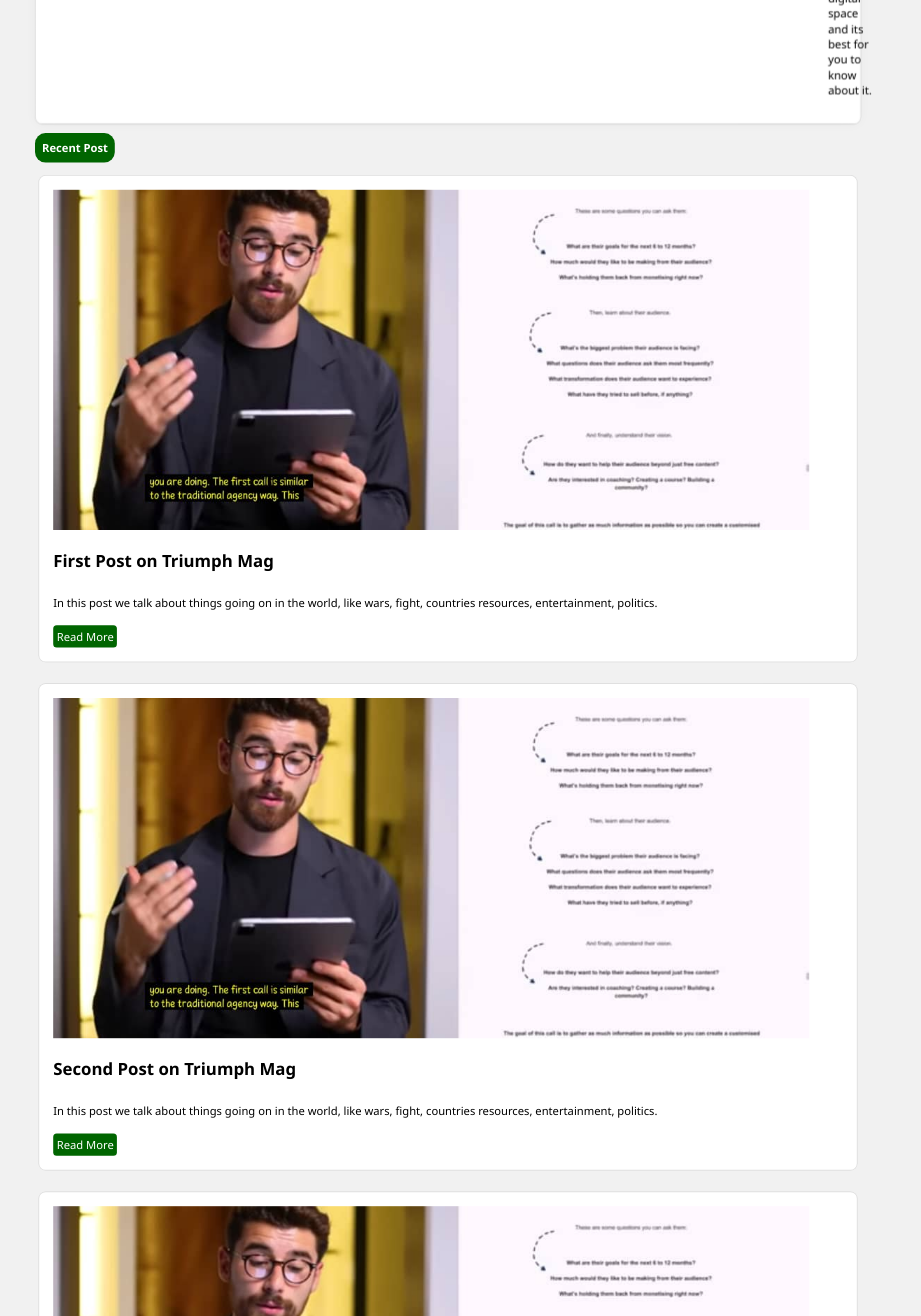
Repository: zikcolle/Triumph-Blog
Page: index.html
An editor plug-in stored every save of this project. The page is shown before and after the next save, followed by the edit.
The browser window is 1280 px wide. The page is 1316 px wide, so the pictures cover 1316 px, including what lies to the right of the window. The pictures show the part of the page from y = 873 to 2753 px (the page is 5823 px tall before and 2466 px after), at 70% of full size.

Above is the page before, as saved 2026-06-22 15:03:29.

After the next save:
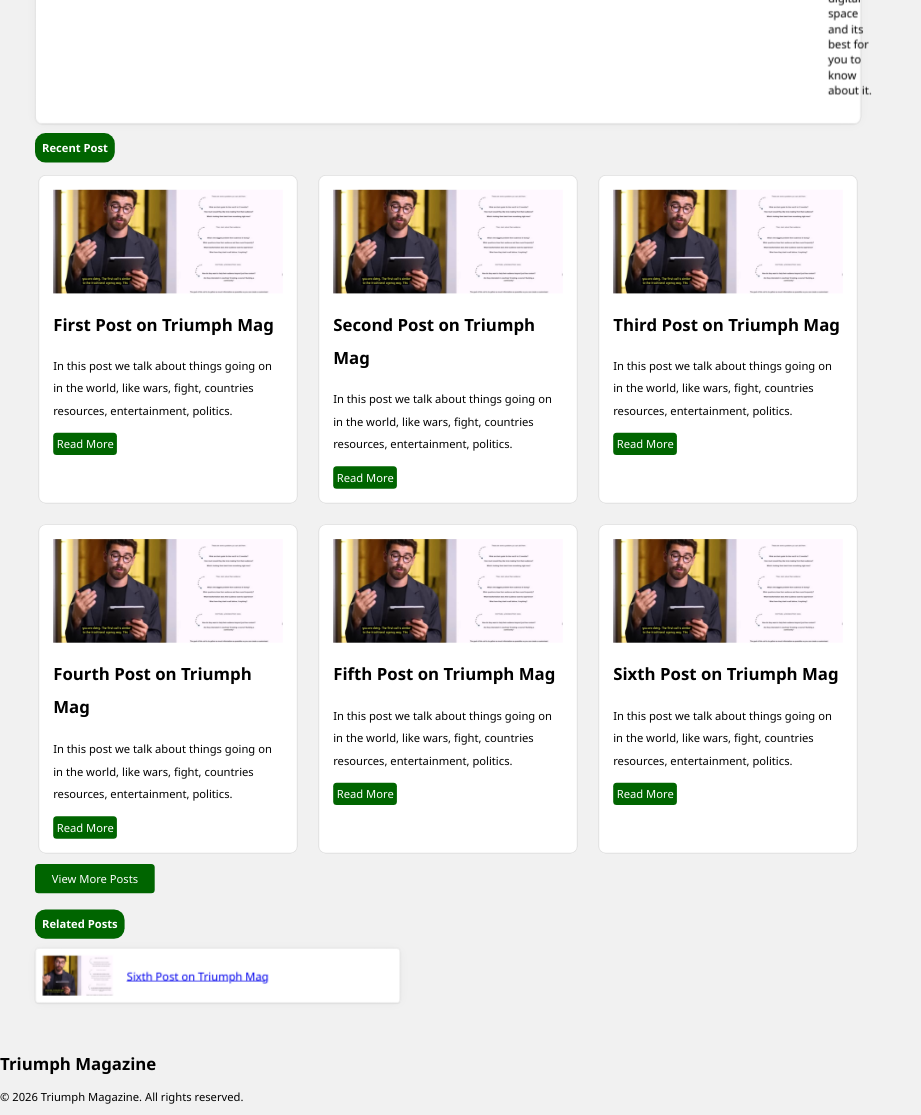
Saved 76 s later.
--- a/styles.css
+++ b/styles.css
@@ -140,7 +140,7 @@
 
 .post-grid {
     display: grid;
-    grid-template-columns: repeat(auto-fit, minmax(600px, 1fr));
+    grid-template-columns: repeat(auto-fit, minmax(300px, 1fr));
     gap: 20px;
 }
 

After the 2 saves that followed:
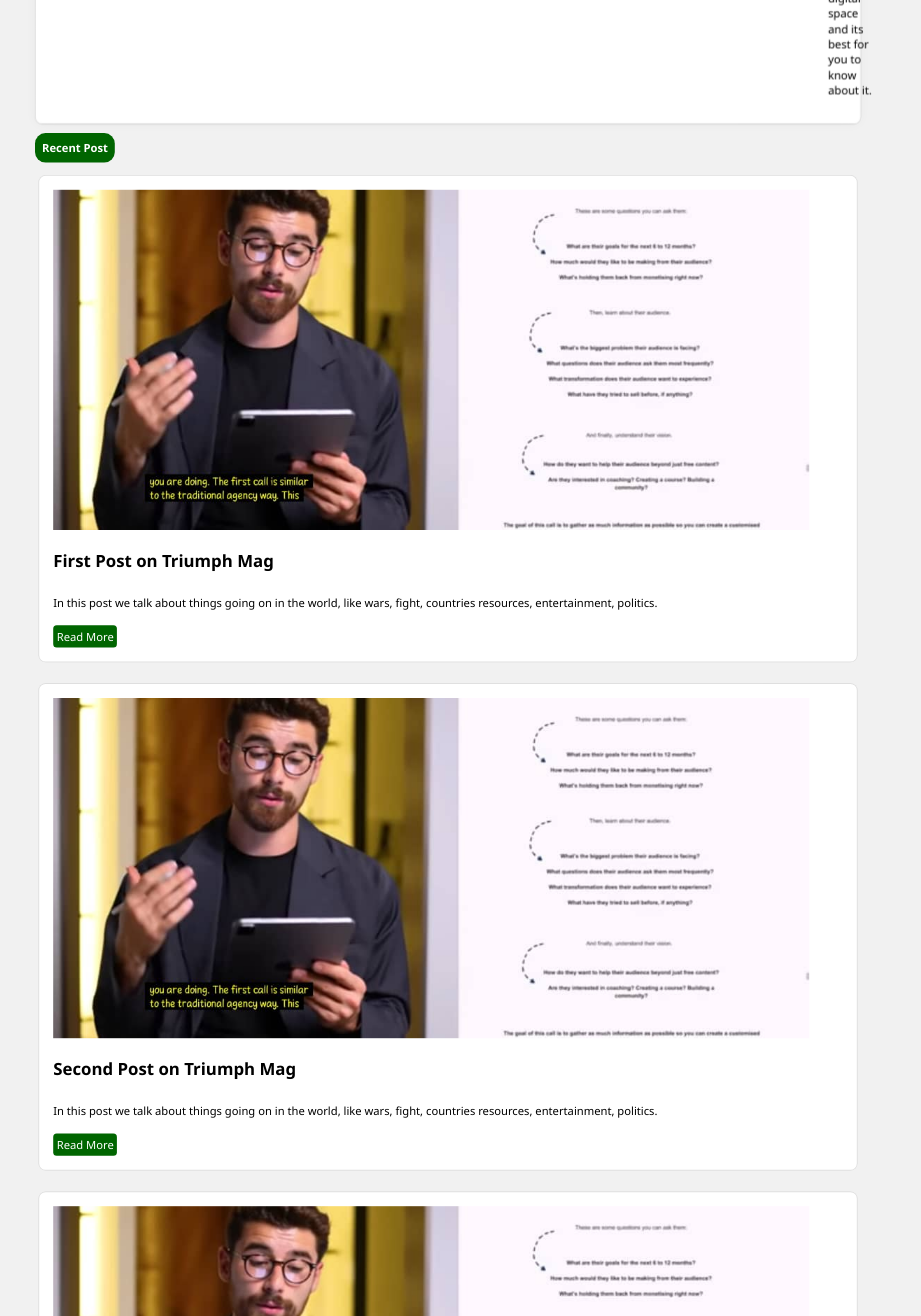
The 2 saves are shown as one change because they came seconds apart.
The last was saved 86 s later.
--- a/styles.css
+++ b/styles.css
@@ -140,9 +140,11 @@
 
 .post-grid {
     display: grid;
-    grid-template-columns: repeat(auto-fit, minmax(300px, 1fr));
+    grid-template-columns: repeat(auto-fit, minmax(600px, 1fr));
     gap: 20px;
 }
+
+
 
 .blog-post {
     background-color: rgb(255, 255, 255);
